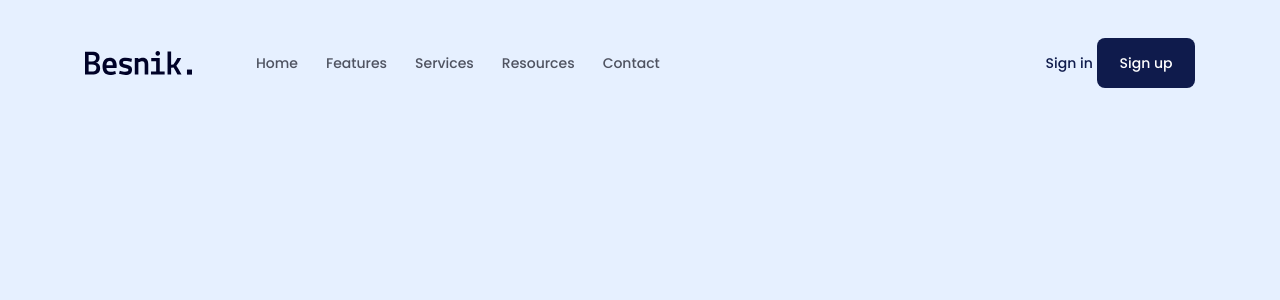
Repository: Tibi2003/f8-htmlcss-01
Page: index.html
An editor plug-in stored every save of this project. The page is shown before and after the next save, followed by the edit.
The browser window is 1280 px wide. The pictures show the whole page.

Above is the page before, as saved 2024-02-05 16:15:51.

### index.html
<!DOCTYPE html>
<html lang="en">
	<head>
		<meta charset="UTF-8" />
		<meta name="viewport" content="width=device-width, initial-scale=1.0" />
		<title>F8 Project 01</title>
		<link rel="stylesheet" href="./assets/css/reset.css" />
		<link rel="stylesheet" href="./assets/fonts/stylesheet.css" />
		<link rel="stylesheet" href="./assets/css/styles.css" />
	</head>
	<body>
		<main>
			<!-- Header -->
			<header class="header">
				<div class="content">
					<nav class="navbar">
						<!-- Logo -->
						<img src="./assets/img/logo.svg" alt="Besnik." />
						<!-- Navigation -->
						<ul>
							<li><a href="#!">Home</a></li>
							<li><a href="#!">Features</a></li>
							<li><a href="#!">Services</a></li>
							<li><a href="#!">Resources</a></li>
							<li><a href="#!">Contact</a></li>
						</ul>
						<!-- Action -->
						<div class="actions">
							<a href="#!" class="action-link">Sign in</a>
							<a href="#!" class="btn action-btn">Sign up</a>
						</div>
					</nav>
				</div>
			</header>
		</main>
	</body>
</html>

### assets/fonts/stylesheet.css
/* ========== Poppins ========== */
@font-face {
	font-family: "Poppins";
	src: url("Poppins/Poppins-Black.woff2") format("woff2"),
		url("Poppins/Poppins-Black.woff") format("woff");
	font-weight: 900;
	font-style: normal;
	font-display: swap;
}

@font-face {
	font-family: "Poppins";
	src: url("Poppins/Poppins-BlackItalic.woff2") format("woff2"),
		url("Poppins/Poppins-BlackItalic.woff") format("woff");
	font-weight: 900;
	font-style: italic;
	font-display: swap;
}

@font-face {
	font-family: "Poppins";
	src: url("Poppins/Poppins-Bold.woff2") format("woff2"),
		url("Poppins/Poppins-Bold.woff") format("woff");
	font-weight: bold;
	font-style: normal;
	font-display: swap;
}

@font-face {
	font-family: "Poppins";
	src: url("Poppins/Poppins-ExtraLightItalic.woff2") format("woff2"),
		url("Poppins/Poppins-ExtraLightItalic.woff") format("woff");
	font-weight: 200;
	font-style: italic;
	font-display: swap;
}

@font-face {
	font-family: "Poppins";
	src: url("Poppins/Poppins-Italic.woff2") format("woff2"),
		url("Poppins/Poppins-Italic.woff") format("woff");
	font-weight: normal;
	font-style: italic;
	font-display: swap;
}

@font-face {
	font-family: "Poppins";
	src: url("Poppins/Poppins-BoldItalic.woff2") format("woff2"),
		url("Poppins/Poppins-BoldItalic.woff") format("woff");
	font-weight: bold;
	font-style: italic;
	font-display: swap;
}

@font-face {
	font-family: "Poppins";
	src: url("Poppins/Poppins-ExtraBold.woff2") format("woff2"),
		url("Poppins/Poppins-ExtraBold.woff") format("woff");
	font-weight: bold;
	font-style: normal;
	font-display: swap;
}

@font-face {
	font-family: "Poppins";
	src: url("Poppins/Poppins-ExtraLight.woff2") format("woff2"),
		url("Poppins/Poppins-ExtraLight.woff") format("woff");
	font-weight: 200;
	font-style: normal;
	font-display: swap;
}

@font-face {
	font-family: "Poppins";
	src: url("Poppins/Poppins-ExtraBoldItalic.woff2") format("woff2"),
		url("Poppins/Poppins-ExtraBoldItalic.woff") format("woff");
	font-weight: bold;
	font-style: italic;
	font-display: swap;
}

@font-face {
	font-family: "Poppins";
	src: url("Poppins/Poppins-Medium.woff2") format("woff2"),
		url("Poppins/Poppins-Medium.woff") format("woff");
	font-weight: 500;
	font-style: normal;
	font-display: swap;
}

@font-face {
	font-family: "Poppins";
	src: url("Poppins/Poppins-Light.woff2") format("woff2"),
		url("Poppins/Poppins-Light.woff") format("woff");
	font-weight: 300;
	font-style: normal;
	font-display: swap;
}

@font-face {
	font-family: "Poppins";
	src: url("Poppins/Poppins-MediumItalic.woff2") format("woff2"),
		url("Poppins/Poppins-MediumItalic.woff") format("woff");
	font-weight: 500;
	font-style: italic;
	font-display: swap;
}

@font-face {
	font-family: "Poppins";
	src: url("Poppins/Poppins-Regular.woff2") format("woff2"),
		url("Poppins/Poppins-Regular.woff") format("woff");
	font-weight: normal;
	font-style: normal;
	font-display: swap;
}

@font-face {
	font-family: "Poppins";
	src: url("Poppins/Poppins-LightItalic.woff2") format("woff2"),
		url("Poppins/Poppins-LightItalic.woff") format("woff");
	font-weight: 300;
	font-style: italic;
	font-display: swap;
}

@font-face {
	font-family: "Poppins";
	src: url("Poppins/Poppins-SemiBoldItalic.woff2") format("woff2"),
		url("Poppins/Poppins-SemiBoldItalic.woff") format("woff");
	font-weight: 600;
	font-style: italic;
	font-display: swap;
}

@font-face {
	font-family: "Poppins";
	src: url("Poppins/Poppins-SemiBold.woff2") format("woff2"),
		url("Poppins/Poppins-SemiBold.woff") format("woff");
	font-weight: 600;
	font-style: normal;
	font-display: swap;
}

@font-face {
	font-family: "Poppins";
	src: url("Poppins/Poppins-ThinItalic.woff2") format("woff2"),
		url("Poppins/Poppins-ThinItalic.woff") format("woff");
	font-weight: 100;
	font-style: italic;
	font-display: swap;
}

@font-face {
	font-family: "Poppins";
	src: url("Poppins/Poppins-Thin.woff2") format("woff2"),
		url("Poppins/Poppins-Thin.woff") format("woff");
	font-weight: 100;
	font-style: normal;
	font-display: swap;
}

### assets/css/styles.css
* {
	box-sizing: border-box;
}

html {
	font-size: 62.5%;
}

body {
	font-size: 1.6rem;
	font-family: "Poppins", sans-serif;
}

/* Common */
a {
	text-decoration: none;
}

.btn {
	display: inline-block;
	min-width: 98px;
	padding: 18px 16px;
	border-radius: 8px;
	background: #0f1b4c;
	font-size: 1.4rem;
	font-weight: 500;
	text-align: center;
	color: #ffffff;
}

.content {
	width: 1110px;
	margin-left: auto;
	margin-right: auto;
}

/* Header */
.header {
	background: #e6f0ff;
	height: 100vh;
}

.navbar {
	display: flex;
	align-items: center;
	padding-top: 38px;
}

.navbar ul {
	display: flex;
	margin-left: 50px;
}

.navbar .actions {
	margin-left: auto;
}

.navbar ul a {
	font-size: 1.4rem;
	font-weight: 500;
	color: #4f5361;
	padding: 8px 14px;
}

.navbar .action-link {
	font-weight: 500;
	font-size: 1.4rem;
	color: #0f1b4c;
}

Loaded but not shown: assets/css/reset.css (common file)

After the next save:
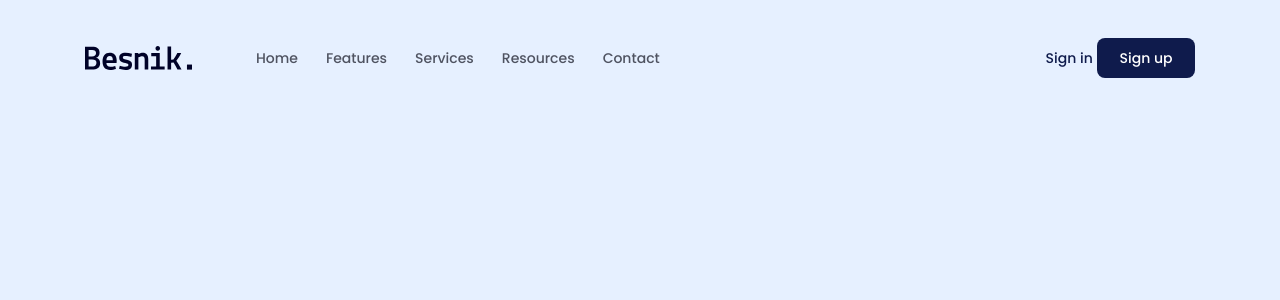
Saved 53 s later.
--- a/assets/css/styles.css
+++ b/assets/css/styles.css
@@ -67,3 +67,7 @@ a {
 	font-size: 1.4rem;
 	color: #0f1b4c;
 }
+
+.navbar .action-btn {
+	padding: 13px 16px;
+}
